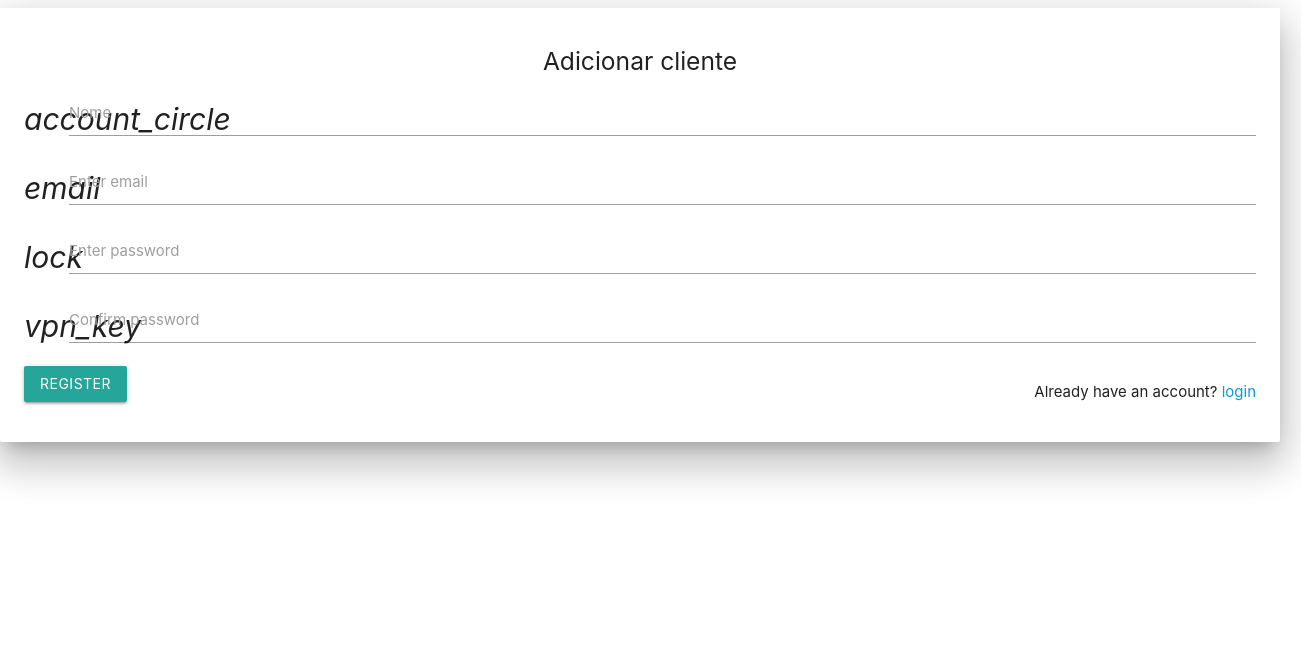
Repository: luizasilveira/TechWeb
Page: Projeto1/techWebP1/WebContent/add.html
The author's editor kept a copy of each file at every save. The page is drawn from the files as they stood at one save, then again after the next save.
The browser window is 1280 px wide. The page is 1301 px wide, so the pictures cover 1301 px, including what lies to the right of the window. The pictures show the whole page.

Above is the page before, as saved 2019-09-08 19:12:50.

### Projeto1/techWebP1/WebContent/add.html
<!DOCTYPE html>
<html>
<head>
<meta charset="ISO-8859-1">
<title>HOME</title>
<!--Import Google Icon Font-->
<link href="https://fonts.googleapis.com/icon?family=Material+Icons"
	rel="stylesheet">
<!--Import materialize.css-->
<link rel="stylesheet"
	href="https://cdnjs.cloudflare.com/ajax/libs/materialize/1.0.0/css/materialize.min.css">
<link href="https://fonts.googleapis.com/icon?family=Material+Icons"
	rel="stylesheet">

<style>
body {
	background-color: white;
}

.progress {
	width: 50%;
	margin: 0 auto;
	margin-top: 20%;
}

@media only screen and (max-width:924px) {
	.progress {
		width: 70%;
		margin: 0 auto;
		margin-top: 60%;
	}
}
</style>
</head>

<body>
	<form action="./AddClients" method="post" class="col s12">
		<div class="card-panel z-depth-5">
                  <h5 class="center">Adicionar cliente</h5>
                   <div class="input-field">
                    <i class="material-icons prefix">account_circle</i>
                    <input type="text" name="nome">
                    <label>Nome</label>
                  </div>

                   <div class="input-field">
                    <i class="material-icons prefix">email</i>
                    <input type="email" name="email" class="validate">
                    <label>Enter email</label>
                  </div>

                   <div class="input-field">
                    <i class="material-icons prefix">lock</i>
                    <input type="password" name="pass1">
                    <label>Enter password</label>
                  </div>


                   <div class="input-field">
                    <i class="material-icons prefix">vpn_key</i>
                    <input type="password" name="pass2">
                    <label>Confirm password</label>
                  </div>
                  <p class="right">Already have an account? <a href="#login" class="modal-trigger">login</a></p>
                  <input type="submit" name="submit" value="register" class="btn left col s12">

                  <div class="clearfix"></div>
               </div>
	</form>



	<script src="https://code.jquery.com/jquery-1.12.0.min.js"></script>
	<script
		src="https://cdnjs.cloudflare.com/ajax/libs/materialize/1.0.0/js/materialize.min.js"></script>





</body>
</html>

After the next save:
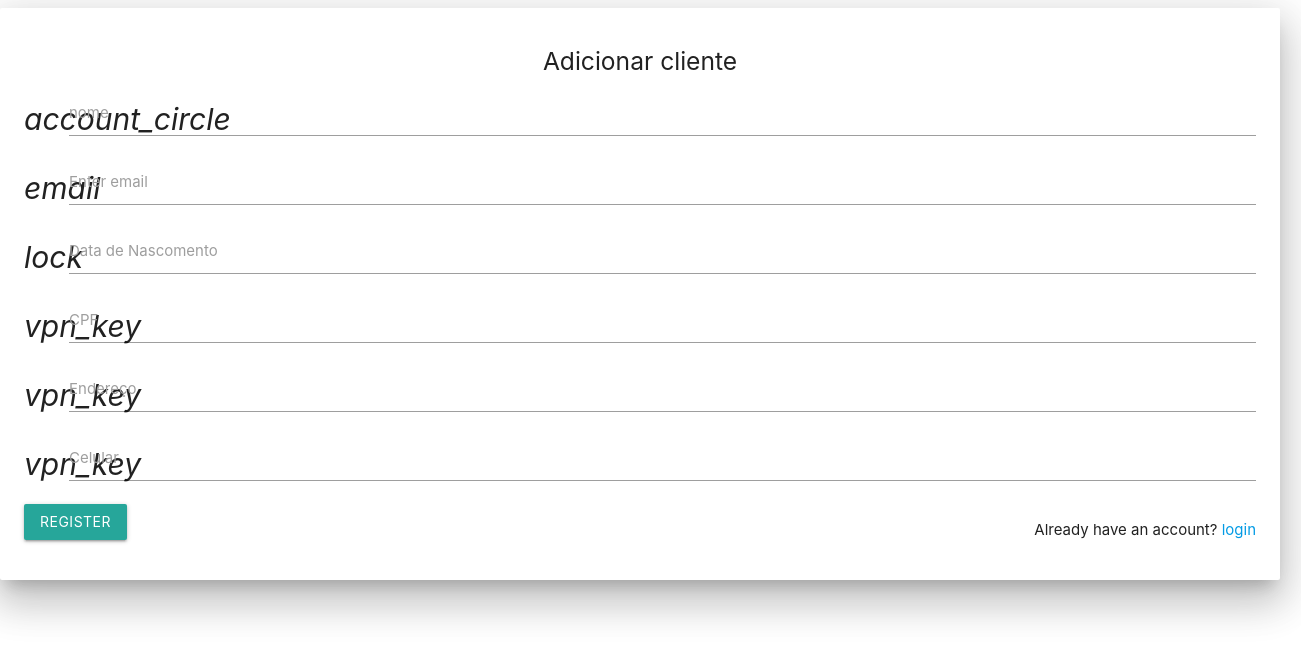
Saved 9 min 19 s later.
--- a/Projeto1/techWebP1/WebContent/add.html
+++ b/Projeto1/techWebP1/WebContent/add.html
@@ -37,10 +37,11 @@ body {
 	<form action="./AddClients" method="post" class="col s12">
 		<div class="card-panel z-depth-5">
                   <h5 class="center">Adicionar cliente</h5>
+                  <!--<p class="center">Join to our community now !</p>-->
                    <div class="input-field">
                     <i class="material-icons prefix">account_circle</i>
                     <input type="text" name="nome">
-                    <label>Nome</label>
+                    <label>nome</label>
                   </div>
 
                    <div class="input-field">
@@ -51,16 +52,29 @@ body {
 
                    <div class="input-field">
                     <i class="material-icons prefix">lock</i>
-                    <input type="password" name="pass1">
-                    <label>Enter password</label>
+                    <input type="text" name="nascimento">
+                    <label>Data de Nascomento</label>
+                  </div>
+
+                   <div class="input-field">
+                    <i class="material-icons prefix">vpn_key</i>
+                    <input type="text" name="CPF">
+                    <label>CPF</label>
+                  </div>
+
+                  <div class="input-field">
+                    <i class="material-icons prefix">vpn_key</i>
+                    <input type="text" name="endereço">
+                    <label>Endereço</label>
+                  </div>
+
+                  <div class="input-field">
+                    <i class="material-icons prefix">vpn_key</i>
+                    <input type="text" name="celular">
+                    <label>Celular</label>
                   </div>
 
 
-                   <div class="input-field">
-                    <i class="material-icons prefix">vpn_key</i>
-                    <input type="password" name="pass2">
-                    <label>Confirm password</label>
-                  </div>
                   <p class="right">Already have an account? <a href="#login" class="modal-trigger">login</a></p>
                   <input type="submit" name="submit" value="register" class="btn left col s12">
 
